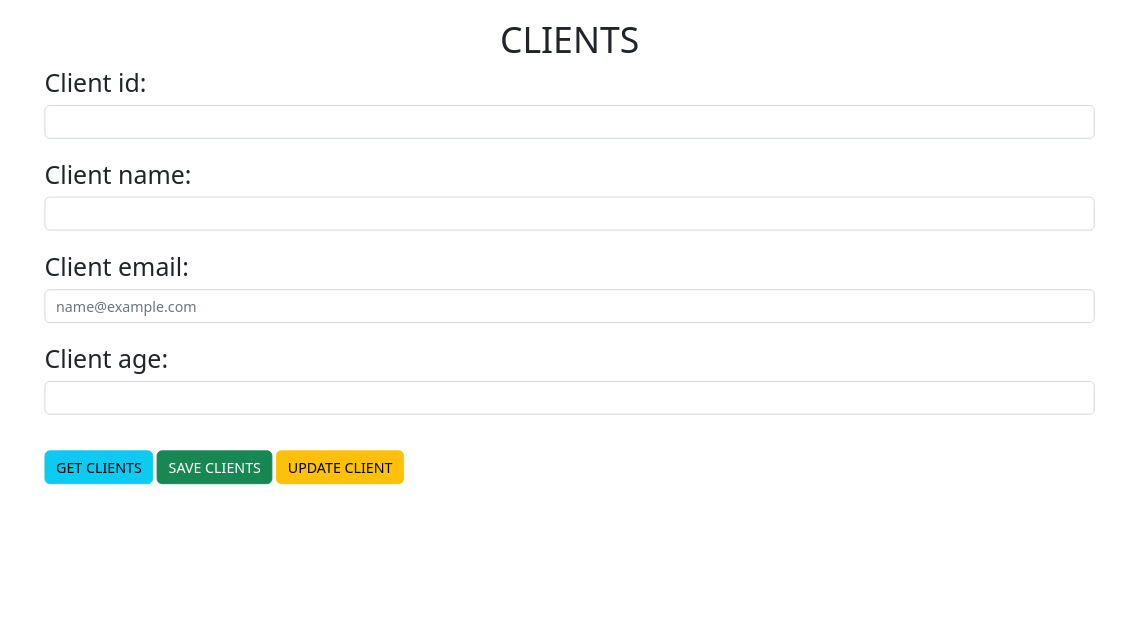
Repository: almendezl/MisionTIC
Page: index.html
The author's editor kept a copy of each file at every save. The page is drawn from the files as they stood at one save, then again after the next save.
The browser window is 1280 px wide. The pictures show the whole page, at 89% of full size.

Above is the page before, as saved 2022-10-01 21:48:57.

After the next save:
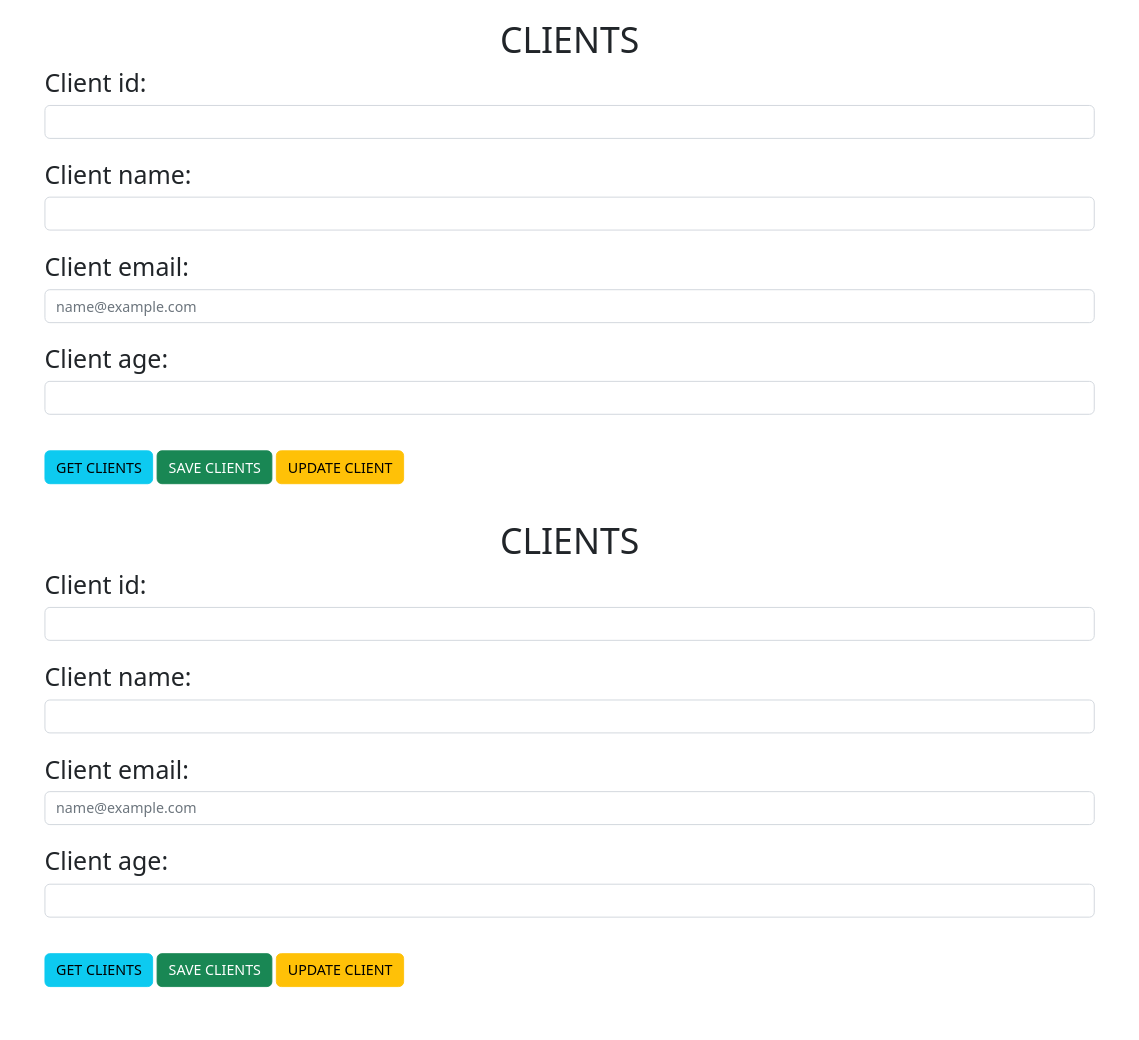
Saved 80 s later.
--- a/index.html
+++ b/index.html
@@ -53,6 +53,45 @@
 
     </table>
 
+    <!-- Clients front  -->
+    <h1 class="text-center">CLIENTS</h1>
+    <form action="">
+        <div class="form-group">
+            <h3 class="label label-default" >Client id: </h3>
+            <input class="form-control" type="number" id="clientId"> <br>
+        </div>
+
+        <div class="form-group">
+            <h3 class="label label-default" >Client name: </h3>
+            <input class="form-control" type="text" id="clientName"><br>
+        </div>
+
+        <div class="form-group">
+            <h3 class="label label-default" >Client email: </h3>
+            <input class="form-control" type="text" id="clientEmail" placeholder="name@example.com"><br>
+        </div>
+
+        <div class="form-group">
+            <h3 class="label label-default" >Client age: </h3>
+            <input class="form-control" type="number" id="clientAge"><br>
+        </div>
+
+    </form>
+
+
+
+
+    <button class="btn btn-info" onclick="getClients()">GET CLIENTS</button>
+
+    <button class="btn btn-success" onclick="setClient()">SAVE CLIENTS</button>
+
+    <button class="btn btn-warning" onclick="updateClient()">UPDATE CLIENT</button><br><br>
+
+
+    <table class="table table-striped" id="clientsList">
+
+
+    </table>
 
 </body>
 </html>
